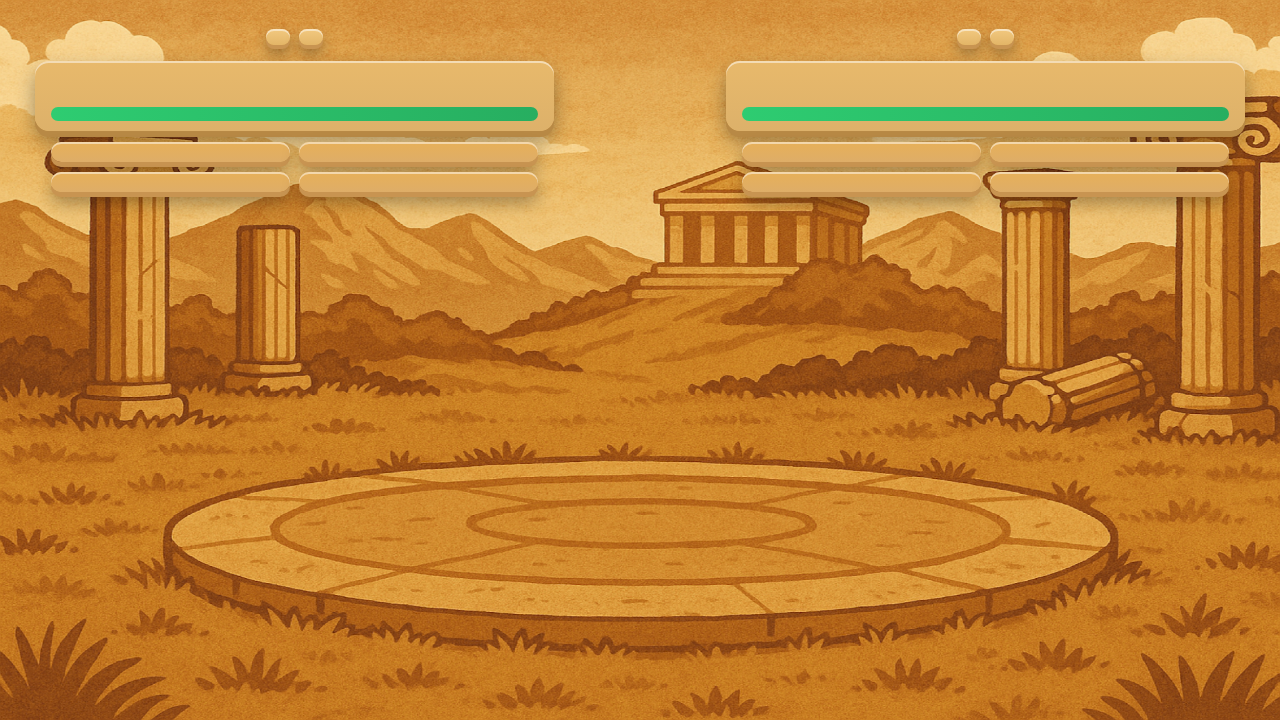
Repository: brianabariteau/Web-1-Final-Project-2025
Page: features/game/game.html
These files come from the project's save history. The page is drawn as it stood at one moment and after the next save; the edit follows.
The browser window is 1280 px wide. The pictures show the whole page.
Some web fonts or font styles are not loaded; a fallback is used.

Above is the page before, as saved 2025-12-23 19:03:48.

After the next save:
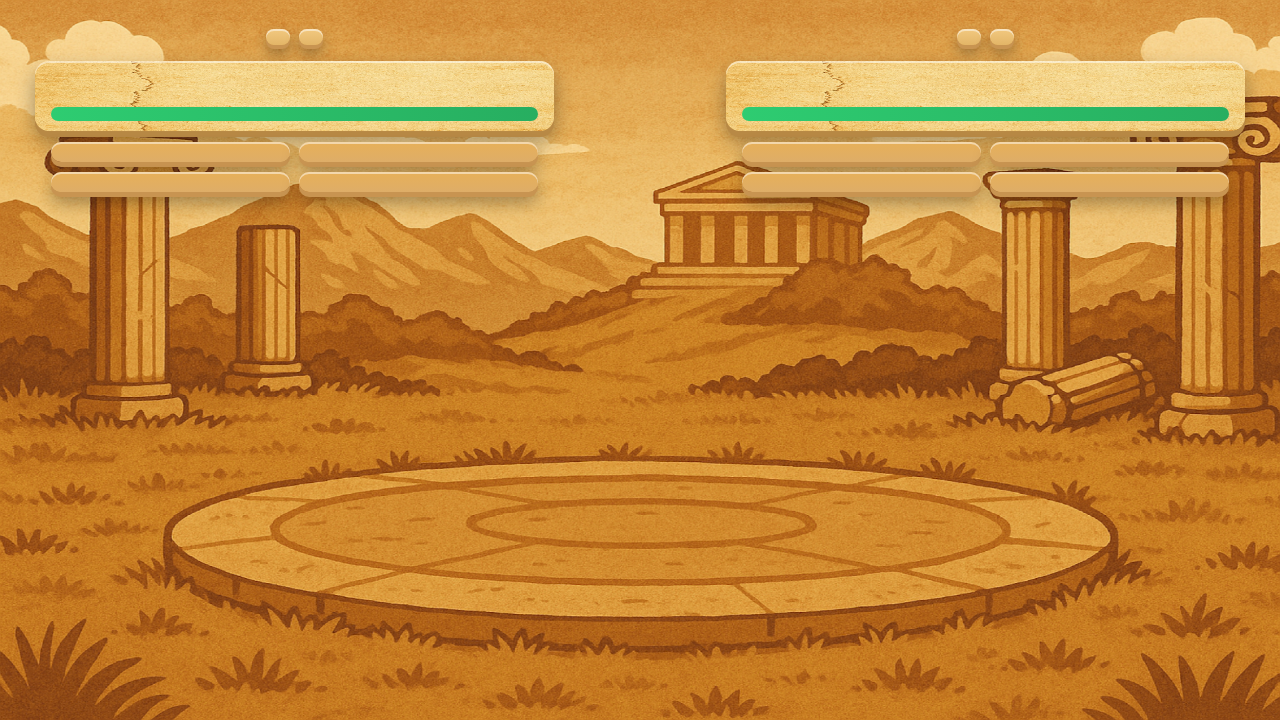
Saved 22 s later.
--- a/features/game/game.css
+++ b/features/game/game.css
@@ -86,6 +86,11 @@ body {
 
   font-size: 3rem;
   letter-spacing: 2px;
+
+  background-image: url("../character-selection/assets/parchment-background.png");
+  background-size: 150% 150%;
+  background-repeat: no-repeat;
+  background-position: center;
 }
 
 /* Health bar container */
